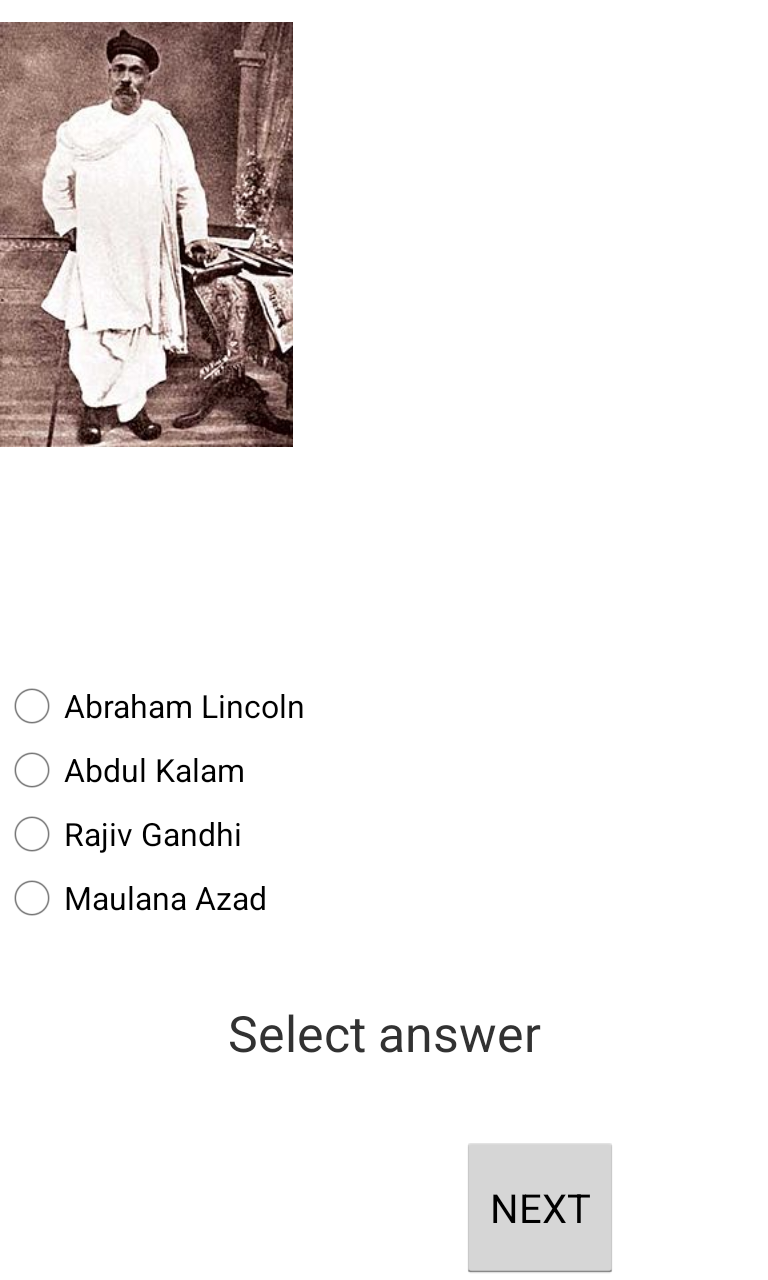
Repository: rupaligarje123/aakash
Layout: androidphotoquiz/FunChem1/photoquiz/res/layout/que9.xml
These files come from the project's save history. The layout is drawn as it stood at one moment and after the next save; the edit follows.
It is drawn on a 768 x 1280 px phone screen (xhdpi) without system bars, with theme AppTheme; the app's code is not run.

Above is the layout before, as saved 2013-04-18 09:16:40.

### androidphotoquiz/FunChem1/photoquiz/res/layout/que9.xml
<?xml version="1.0" encoding="utf-8"?>
<LinearLayout xmlns:android="http://schemas.android.com/apk/res/android"
    android:layout_width="match_parent"
    android:layout_height="wrap_content"
    android:orientation="vertical" >

    <ImageView
        android:id="@+id/imageView1"
        android:layout_width="wrap_content"
        android:layout_height="wrap_content"
        android:layout_weight="1"
        android:src="@drawable/pic8" />

    <TextView
        android:id="@+id/editText1"
        android:layout_width="match_parent"
        android:layout_height="80sp"
        android:layout_weight="1"
        android:gravity="center"
        android:text=""
        android:textSize="25sp" >
    </TextView>
<RadioGroup
    android:layout_width="fill_parent"
    android:layout_height="wrap_content"
    android:orientation="vertical">
    >
    <RadioButton
        android:id="@+id/rd801"
        android:layout_width="match_parent"
        android:layout_height="0dp"
        android:layout_weight="1"
        android:text="Abraham Lincoln" />

    <RadioButton
        android:id="@+id/rd802"
        android:layout_width="match_parent"
        android:layout_height="0dp"
        android:layout_weight="1"
        android:text="Abdul Kalam" />

    <RadioButton
        android:id="@+id/rd803"
        android:layout_width="match_parent"
        android:layout_height="0dp"
        android:layout_weight="1"
        android:text="Rajiv Gandhi" />

    <RadioButton
        android:id="@+id/rd804"
        android:layout_width="match_parent"
        android:layout_height="0dp"
        android:layout_weight="1"
        android:text="Maulana Azad" />
    </RadioGroup>
   <TextView
        android:id="@+id/tvr8"
        android:layout_width="match_parent"
        android:layout_height="80sp"
        android:layout_weight="1"
        android:gravity="center"
        android:text="@string/Result"
        android:textSize="25sp" >
    </TextView>
    <Button
        android:id="@+id/bn8"
        android:layout_width="80sp"
        android:layout_height="50sp"
        android:layout_weight="1"
        android:text="NEXT"
        android:textSize="20sp"
        android:layout_marginLeft="230sp"

        />
</LinearLayout>

### androidphotoquiz/FunChem1/photoquiz/res/values/strings.xml
<?xml version="1.0" encoding="utf-8"?>
<resources>

    <string name="app_name">FunChem</string>
    <string name="action_settings">Settings</string>
    <string name="hello_world">Identify Image</string>
    <string name="Result">Select answer</string>
    <string name="string1">Start</string>

</resources>

Loaded but not shown: androidphotoquiz/FunChem1/photoquiz/res/values/styles.xml (common file); androidphotoquiz/FunChem1/photoquiz/res/values-v11/styles.xml (common file); androidphotoquiz/FunChem1/photoquiz/res/values-v14/styles.xml (common file)

After the next save:
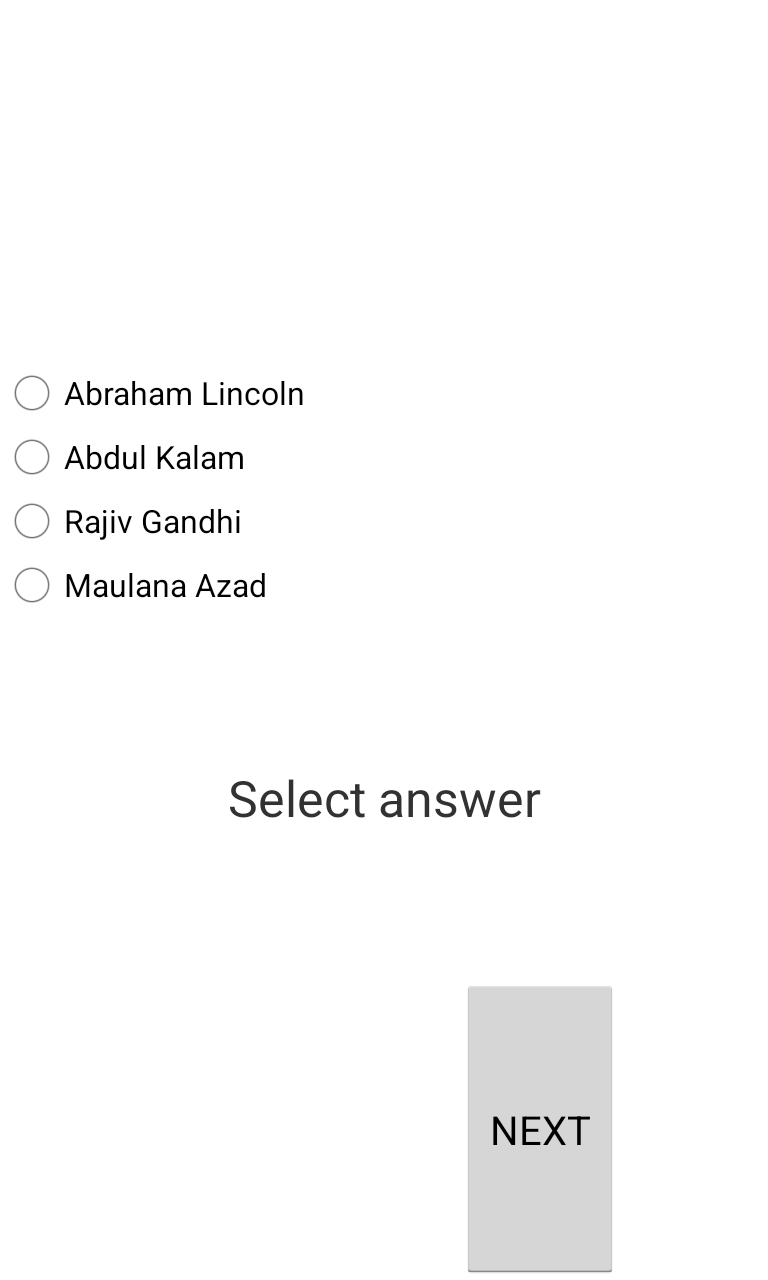
Saved 32 s later.
--- a/androidphotoquiz/FunChem1/photoquiz/res/layout/que9.xml
+++ b/androidphotoquiz/FunChem1/photoquiz/res/layout/que9.xml
@@ -4,12 +4,6 @@
     android:layout_height="wrap_content"
     android:orientation="vertical" >
 
-    <ImageView
-        android:id="@+id/imageView1"
-        android:layout_width="wrap_content"
-        android:layout_height="wrap_content"
-        android:layout_weight="1"
-        android:src="@drawable/pic8" />
 
     <TextView
         android:id="@+id/editText1"
@@ -26,35 +20,35 @@
     android:orientation="vertical">
     >
     <RadioButton
-        android:id="@+id/rd801"
+        android:id="@+id/rd901"
         android:layout_width="match_parent"
         android:layout_height="0dp"
         android:layout_weight="1"
         android:text="Abraham Lincoln" />
 
     <RadioButton
-        android:id="@+id/rd802"
+        android:id="@+id/rd902"
         android:layout_width="match_parent"
         android:layout_height="0dp"
         android:layout_weight="1"
         android:text="Abdul Kalam" />
 
     <RadioButton
-        android:id="@+id/rd803"
+        android:id="@+id/rd903"
         android:layout_width="match_parent"
         android:layout_height="0dp"
         android:layout_weight="1"
         android:text="Rajiv Gandhi" />
 
     <RadioButton
-        android:id="@+id/rd804"
+        android:id="@+id/rd904"
         android:layout_width="match_parent"
         android:layout_height="0dp"
         android:layout_weight="1"
         android:text="Maulana Azad" />
     </RadioGroup>
    <TextView
-        android:id="@+id/tvr8"
+        android:id="@+id/tvr9"
         android:layout_width="match_parent"
         android:layout_height="80sp"
         android:layout_weight="1"
@@ -63,7 +57,7 @@
         android:textSize="25sp" >
     </TextView>
     <Button
-        android:id="@+id/bn8"
+        android:id="@+id/bn9"
         android:layout_width="80sp"
         android:layout_height="50sp"
         android:layout_weight="1"
